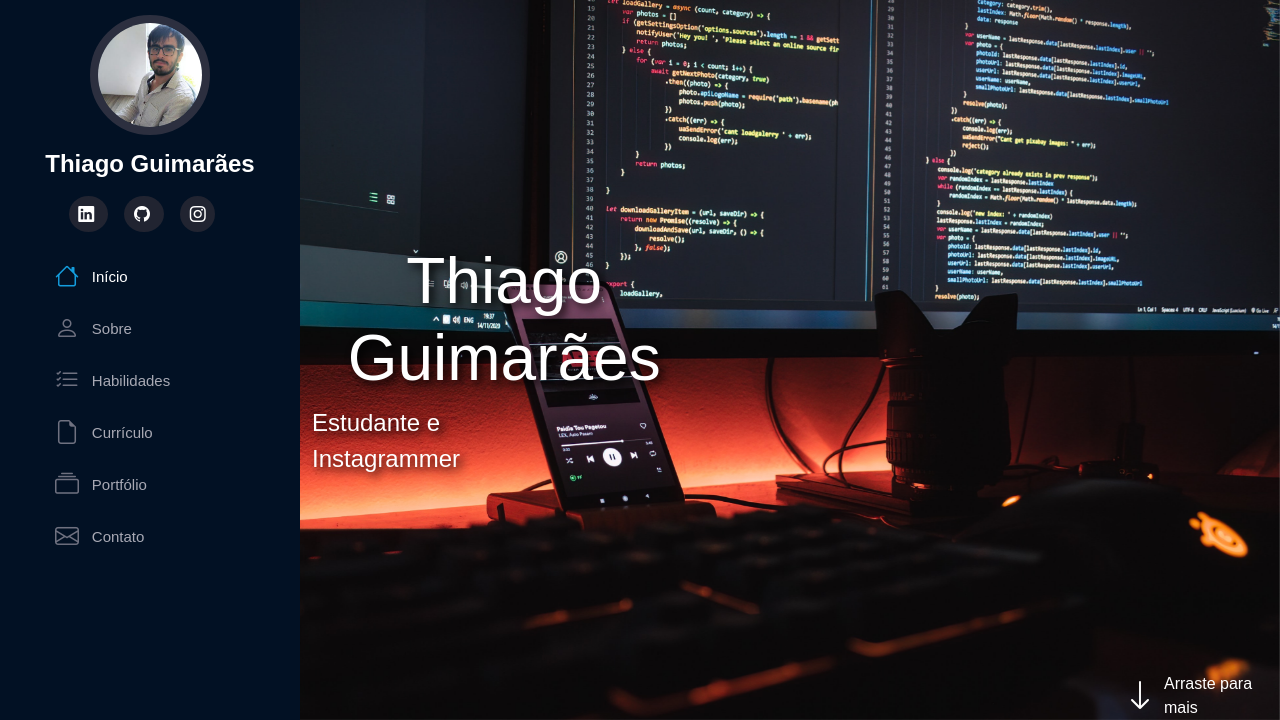
Repository: Rayago/projeto-portfolio
Page: http://localhost/
These files come from the project's save history. The page is drawn as it stood at one moment and after the next save; the edit follows.
The browser window is 1280 px wide. The pictures show the whole page.
Some web fonts or font styles are not loaded; a fallback is used. The page is served by the project's application, run on Flask 3 (app.py).

Above is the page before, as saved 2022-07-12 20:44:03.

### templates/index.html
<!DOCTYPE html>
<html lang="pt-br">
<head>
    <meta charset="UTF-8">
    <meta http-equiv="X-UA-Compatible" content="IE=edge">
    <meta name="viewport" content="width=device-width, initial-scale=1.0">
    <link rel="stylesheet" href="../static/bootstrap/css/bootstrap.css">
    <link rel="stylesheet" href="../static/style.css">
    <link rel="icon" type="image/png" href="../static/img">
    <link rel="stylesheet" href="https://cdn.jsdelivr.net/npm/bootstrap-icons@1.8.3/font/bootstrap-icons.css">
    <title>Thiago Guimarães</title>
</head>
<body>

    <i class="bi bi-list menu-mobile"></i>

    <aside id="header">
        <section class="profile">
            <img src="../static/img/meu_perfil.jpg" alt="Foto Perfil"/>
            <h1>Thiago Guimarães</h1>
            <div class="social-links mt-4 text-center">
                <a target="_blank" href="https://www.linkedin.com/in/raymundo-thiago">
                    <i class="bi bi-linkedin"></i>
                </a>
                <a target="_blank" href="https://www.github.com/Rayago">
                    <i class="bi bi-github"></i>
                </a>
                <a target="_blank" href="https://www.instagram.com/estudatech">
                    <i class="bi bi-instagram"></i>
                </a>
            </div>
        </section>

        <nav id="navbar" class="nav-menu">
            <ul class="nav flex-column">
                <li class="nav-item">
                  <a class="nav-link active" aria-current="page" href="#"><i class="bi bi-house" aria-hidden="true"></i> Início</a>
                </li>
                <li class="nav-item">
                  <a class="nav-link" href="#"><i class="bi bi-person" aria-hidden="true"></i> Sobre</a>
                </li>
                <li class="nav-item">
                  <a class="nav-link" href="#"><i class="bi bi-list-check" aria-hidden="true"></i> Habilidades</a>
                </li>
                <li class="nav-item">
                    <a class="nav-link" aria-current="page" href="#"><i class="bi bi-file-earmark" aria-hidden="true"></i> Currículo</a>
                </li>
                <li class="nav-item">
                    <a class="nav-link" href="#"><i class="bi bi-collection" aria-hidden="true"></i> Portfólio</a>
                </li>
                <li class="nav-item">
                    <a class="nav-link" href="#"><i class="bi bi-envelope" aria-hidden="true"></i> Contato</a>
                </li>
              </ul>
        </nav>

    </aside>

    <main id="main">

        <section id="inicio" class="row m-0 p-0">
            <div class="col-md-5 d-flex justify-content-center align-items-center flex-column">
                <h2 class="text-white text-shadow">Thiago Guimarães</h2>
                <span id="subtitle" class="text-white text-shadow">Estudante e Instagrammer</span>
            </div>

            <div class="col-md-7 d-flex justify-content-end align-items-end">
                <div id="arraste" class="d-flex align-items-center">
                    <i class="bi bi-arrow-down text-white pe-2 fs-2" aria-hidden="true"></i>
                    <a href="#">Arraste para mais</a>
                </div>

            </div>

        </section>

    </main>

    <script src="../static/bootstrap/js/bootstrap.bundle.min.js"></script>
    <script src="../static/script.js"></script>
</body>
</html>

### app.py
from flask import Flask, render_template, redirect

app = Flask(__name__)

@app.route('/')
def index():
    return render_template('index.html')

if __name__ == '__main__':
    app.run(debug=True)

### static/style.css
@import url('https://fonts.googleapis.com/css2?family=Ubuntu:ital,wght@0,300;0,400;0,500;0,700;1,300;1,400;1,500;1,700&display=swap');

html, body {
    font-family: Ubuntu, Arial;
    width: 100%;
    height: 100%;
}

#header {
    position: fixed;
    top: 0;
    left: 0;
    bottom: 0;
    background: #021124;
    overflow-y: auto;
    width: 300px;
    transition: all ease-in-out 0.5s;
    padding: 0 15px;
    z-index: 9997;
}

#header .profile img {
    margin: 15px auto;
    display: block;
    width: 120px;
    border: 8px solid #2c2f3f;
    border-radius: 50%;
}

#header .profile h1 {
    font-size: 24px;
    margin: 0;
    padding: 0;
    font-weight: 600;
    text-align: center;
    color: #fff;
}

#header .profile .social-links a {
    font-size: 1rem;
    background: #212431;
    color: #fff;
    padding: 0.6rem;
    margin-right: 1rem;
    border-radius: 50%;
    transition: 0.3s;
    text-decoration: none;
}

#header .profile .social-links a:hover {
    background: #149ddd;
}

.nav-menu {
    padding: 1.5rem;
}

.nav-menu a,
.nav-menu a:focus {
    display: flex;
    align-items: center;
    color: #a8a9b4;
    transition: 0.3s;
    font-size: 15px;
}

.nav-menu a i,
.nav-menu a:focus i {
    font-size: 24px;
    padding-right: 0.8rem;
    color: #6f7180;
}

.nav-menu a:hover,
.nav-menu .active,
.nav-menu .active:focus,
.nav-menu li:hover > a {
    text-decoration: none;
    color: #fff;
}

.nav-menu a:hover i,
.nav-menu .active i,
.nav-menu .active:focus i,
.nav-menu li:hover > a i {
    color: #149ddd;
}

#main{
    margin-left: 300px;
}

section#inicio {
    background-image: url("./img/banner.jpg");
    background-repeat: no-repeat;
    background-size: cover;
    background-attachment: fixed;
    background-position: center;

    width: 100%;
    height: 100vh;
}


section#inicio h2{
    font-size: 4rem;
    text-align: center;
}

section#inicio span#subtitle{
    margin-right: 8rem;
    font-size: 1.5rem;
}

.text-shadow {
    text-shadow: 4px 4px 10px #000000;
}

section#inicio div#arraste {
    width: 9rem;
}

section#inicio div#arraste a {
    text-decoration: none;
    color: #fff;
}

i.menu-mobile {
    position: fixed;
    color: #fff;
    background-color: #18171D;
    right: 1rem;
    top: 1rem;
    font-size: 1.5rem;
    border-radius: 4rem;
    cursor: pointer;
    z-index: 10;
    width: 45px;
    height: 45px;
    display: none;
    justify-content: center;
    align-items: center;
}

.menu-nav-active {
    overflow: hidden;
}

.menu-nav-active #header {
    left: 0;
}

@media (max-width: 1024px) {
    #header {
        left: -300px;
    }

    i.menu-mobile {
        display: flex;
    }

    section#inicio h2 {
        font-size: 3.5rem;
    }

    section#inicio span#subtitle {
        margin-right: 0;
        font-size: 1rem;
    }

    #main {
        margin-left: 0;
    }
}

### static/script.js
/*Abre e fecha menu lateral no mobile */

const menuMobile = document.querySelector('.menu-mobile')
const body = document.querySelector('body')

menuMobile.addEventListener('click', () => {
    menuMobile.classList.contains("bi-list")
    ? menuMobile.classList.replace("bi-list", "bi-x")
    : menuMobile.classList.replace("bi-x", "bi-list")
})

Loaded but not shown: static/bootstrap/css/bootstrap.css (library); static/bootstrap/js/bootstrap.bundle.min.js (library)

After the next save:
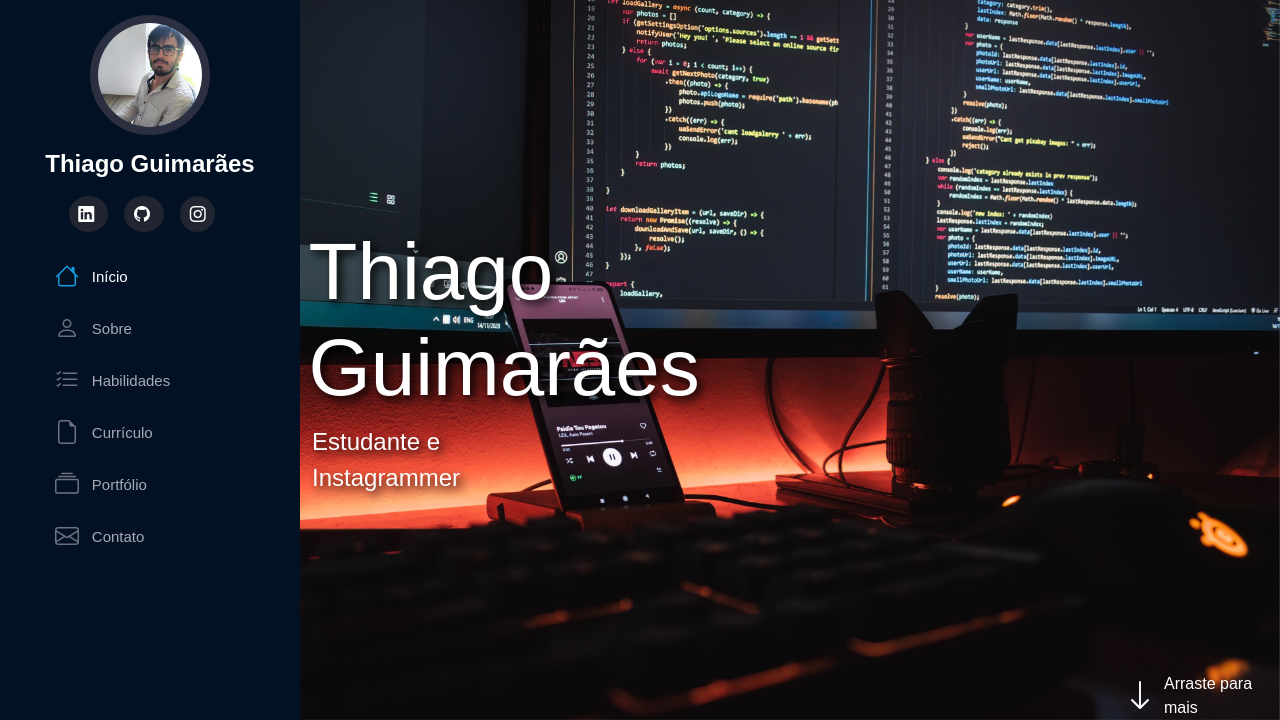
Saved 14 s later.
--- a/static/style.css
+++ b/static/style.css
@@ -103,8 +103,7 @@ section#inicio {
 
 
 section#inicio h2{
-    font-size: 4rem;
-    text-align: center;
+    font-size: 5rem;
 }
 
 section#inicio span#subtitle{
